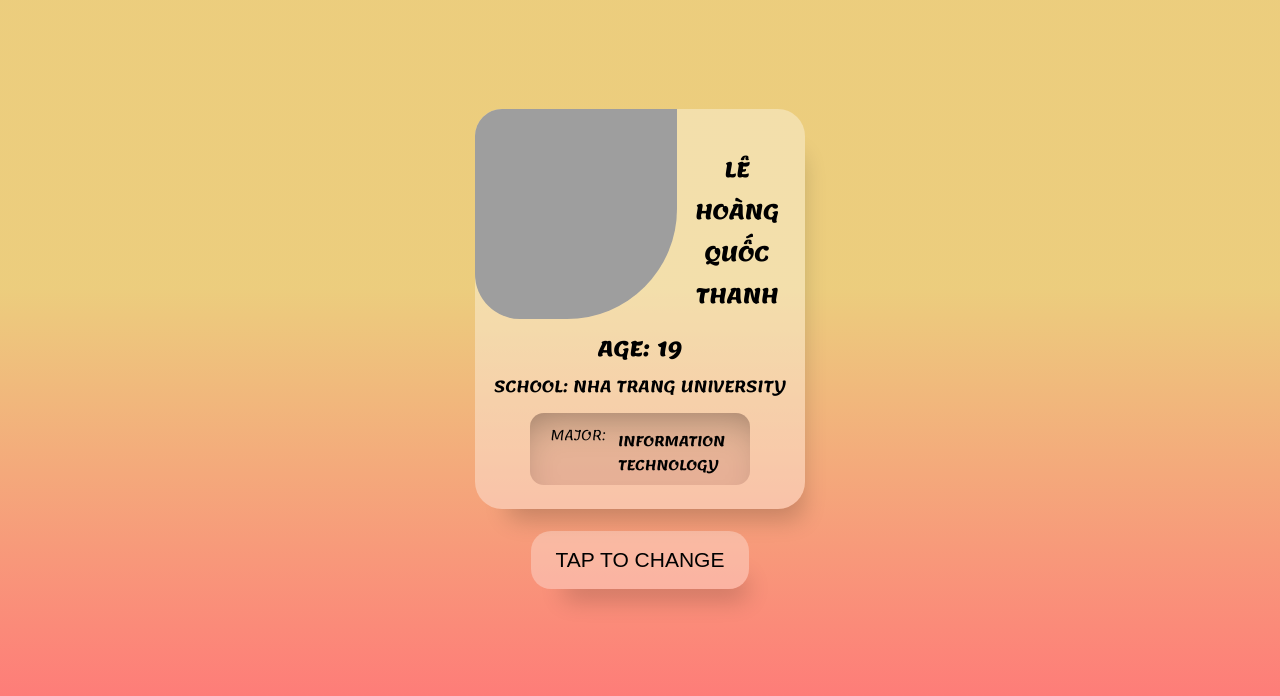
Repository: ThanhThn/profile
Page: index.html
These files come from the project's save history. The page is drawn as it stood at one moment and after the next save; the edit follows.
The browser window is 1280 px wide. The pictures show the whole page.
Pictures or frames that could not be fetched are drawn as grey boxes. Some web fonts or font styles are not loaded; a fallback is used. Some web libraries are served in a nearby version.

Above is the page before, as saved 2022-12-09 23:51:19.

After the next save:
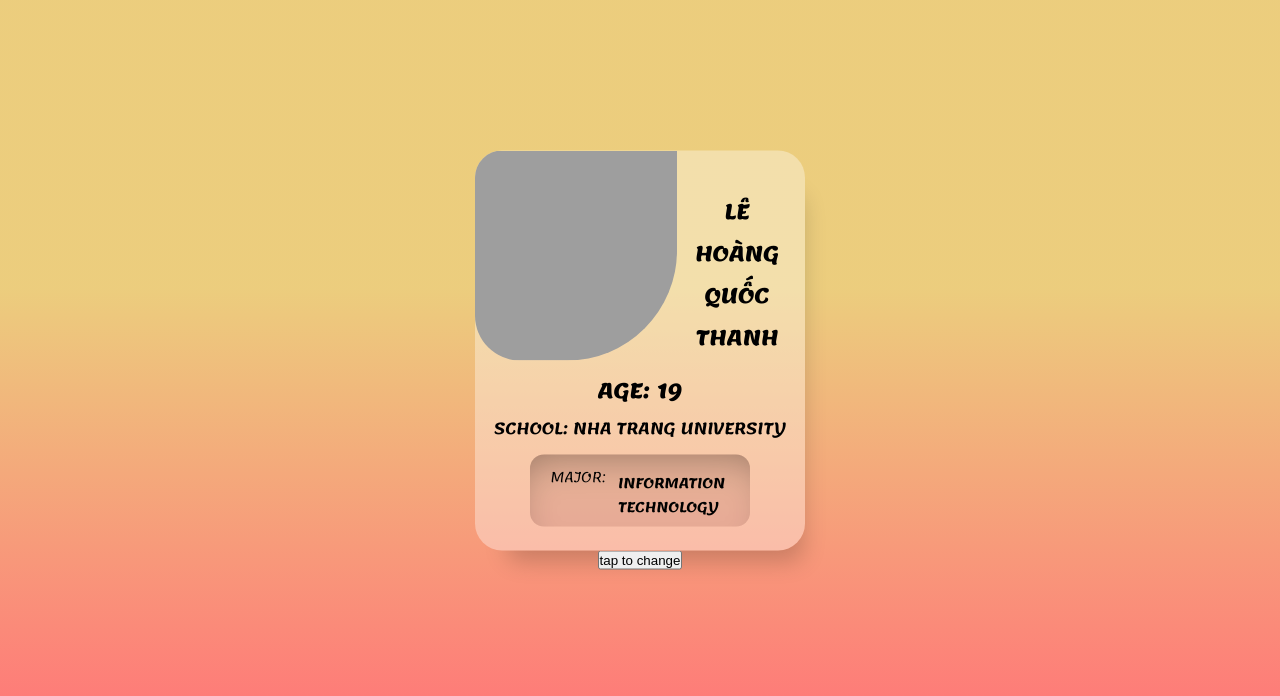
Saved 4 s later.
--- a/style.css
+++ b/style.css
@@ -120,7 +120,7 @@ i{
     top: 50%;
     left: 50%;
     transform: translate(-50%, -50%);
-    color: rgba(0, 0, 0, .2);
+    color: rgba(0, 0, 0, .1;
 }
 
 .text-contact{

After the save that followed:
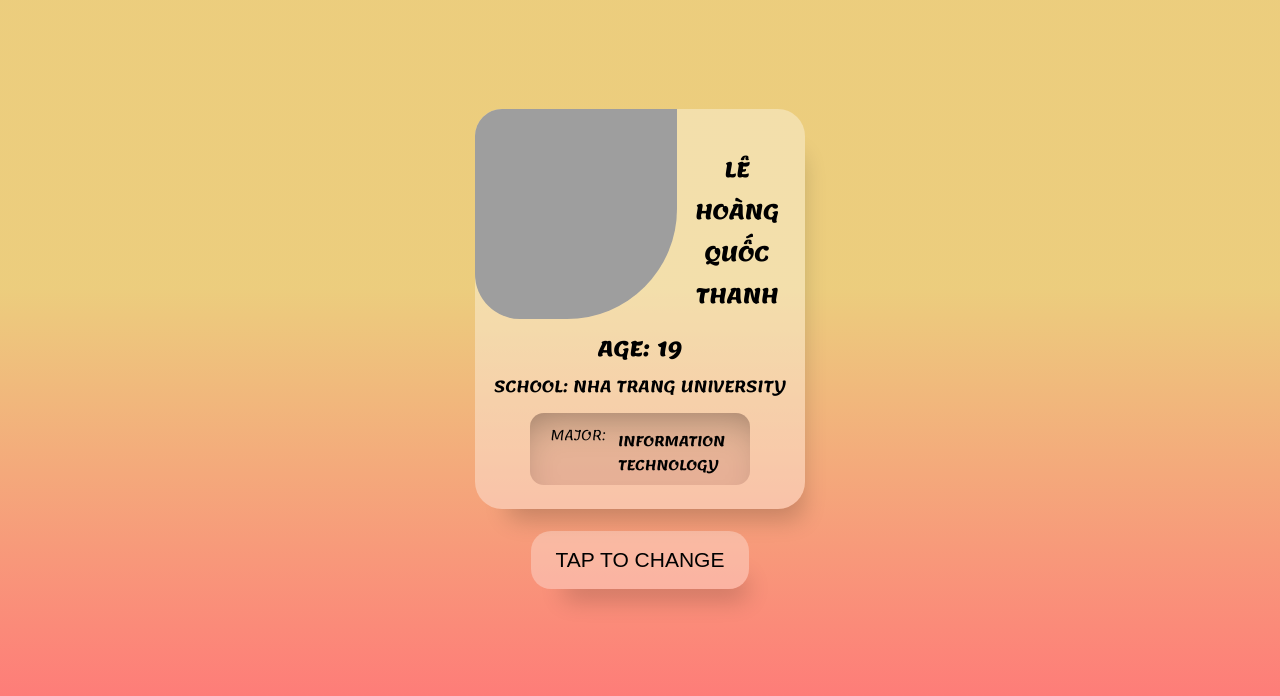
Saved 5 s later.
--- a/style.css
+++ b/style.css
@@ -120,7 +120,7 @@ i{
     top: 50%;
     left: 50%;
     transform: translate(-50%, -50%);
-    color: rgba(0, 0, 0, .1;
+    color: rgba(0, 0, 0, .1);
 }
 
 .text-contact{
